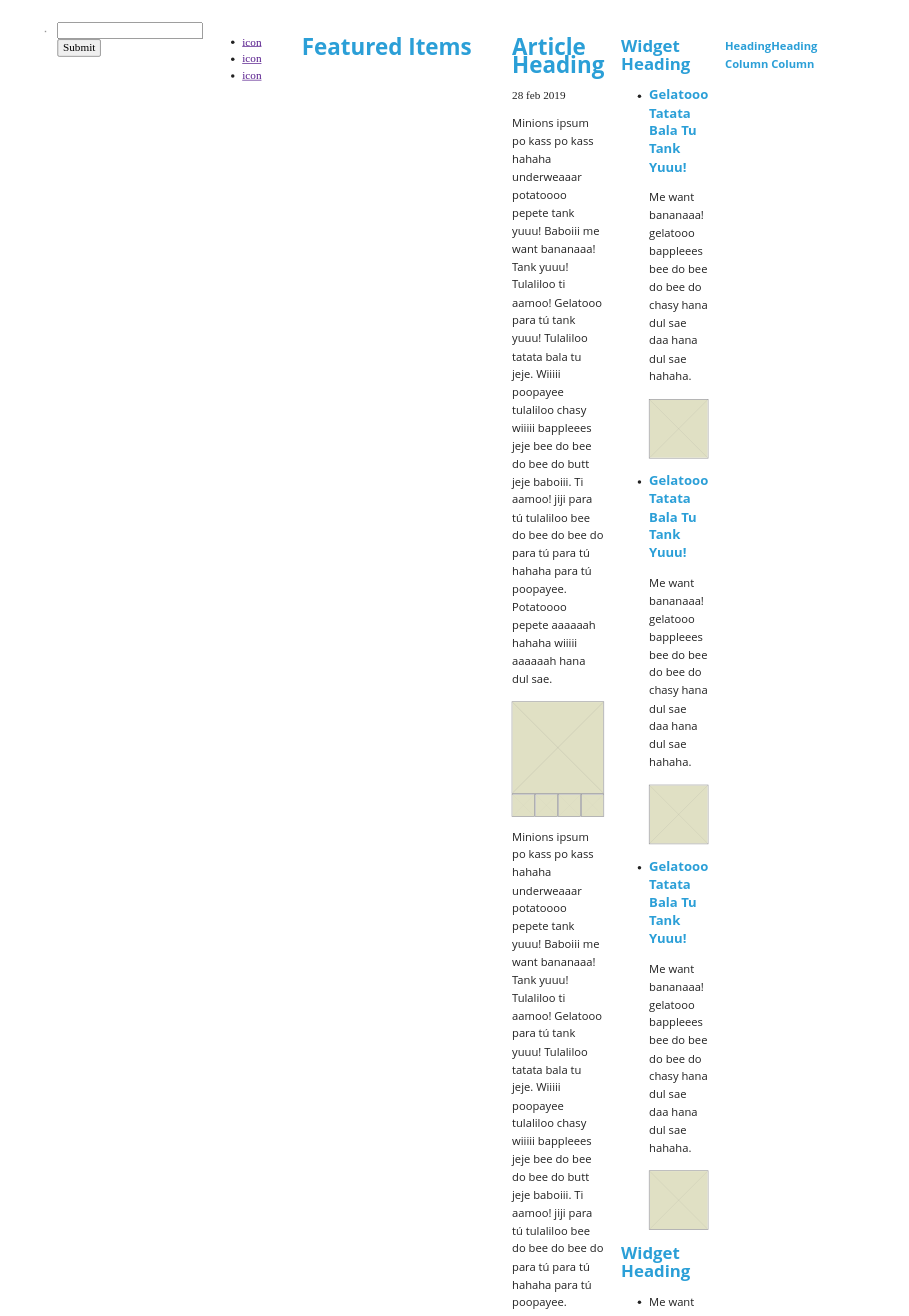
Repository: AdrianTejada/Lab03-Project-1
Page: index.html
The author's editor kept a copy of each file at every save. The page is drawn from the files as they stood at one save, then again after the next save.
The browser window is 1280 px wide. The page is 1280 px wide, then 1299 px, so the pictures cover 1299 px, including what lies to the right of the window. The pictures show the part of the page from y = 0 to 1880 px (the page is 6548 px tall), at 70% of full size.

Above is the page before, as saved 2021-01-26 19:12:27.

After the next save:
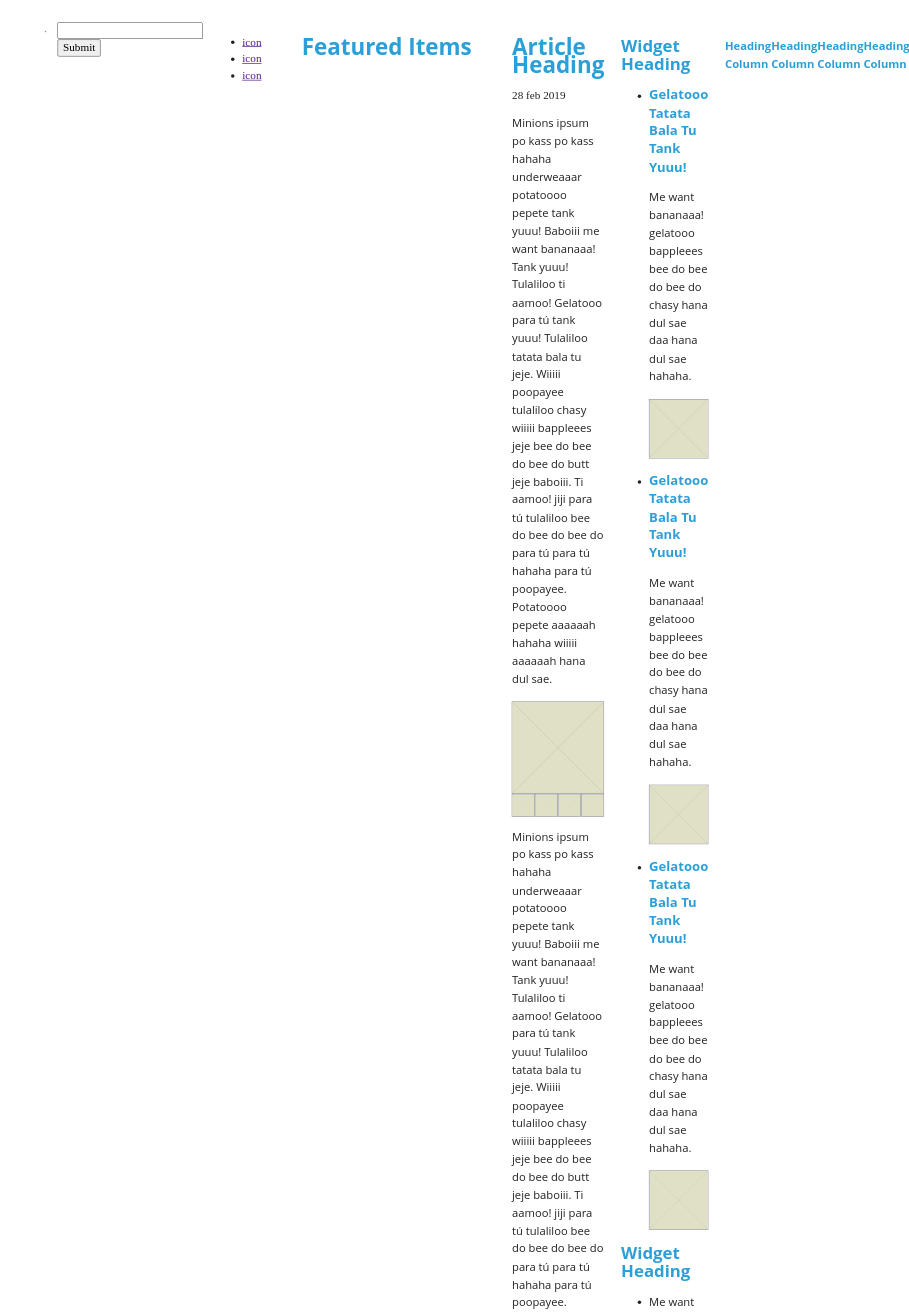
Saved 73 s later.
--- a/css/main.css
+++ b/css/main.css
@@ -175,6 +175,10 @@
         "mn mn mn mn mn mn mn mn sd sd sd sd"
         "ft ft ft ft ft ft ft ft ft ft ft ft"
     }
+
+    .page__footer {
+        grid-template-columns: 1fr 1fr 1fr 2fr;
+    }
 }
 
 
